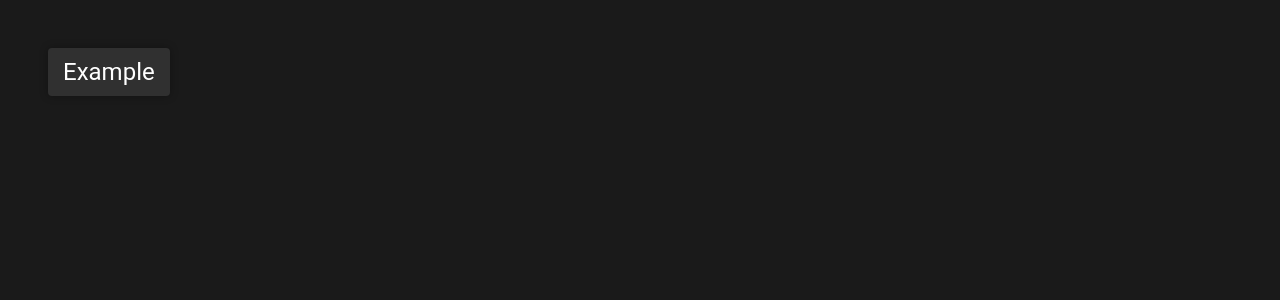
Repository: Folody-Team/Patery-UI
Page: example/index.html
An editor plug-in stored every save of this project. The page is shown before and after the next save, followed by the edit.
The browser window is 1280 px wide. The pictures show the whole page.

Above is the page before, as saved 2022-01-17 12:45:16.

### example/index.html
<!DOCTYPE html>
<html lang="en">
<head>
    <meta charset="UTF-8">
    <meta http-equiv="X-UA-Compatible" content="IE=edge">
    <meta name="viewport" content="width=device-width, initial-scale=1.0">
    <title>Example</title>
    <link rel="stylesheet" href="../patery-ui.css">
    <style>
        body{
            background-color: var(--gray);
        }
    </style>
</head>
<body>
    <PateryPadding class="test" padV="40px" padH="40px">
        <button padV="10px" padH="15px">Example</button>
    </PateryPadding>
   <script src="../patery.js"></script>
</body>
</html>

### patery-ui.css
/*
    A modern website theme framework and simplified elements. Patery UI was born to simplify and also bring a modern touch, making the website interface more professional. (Easy access for newbies to learn web programming)
*/
:root{
    --gray: #1a1a1a;
    --gray-light: #2f2f2f;
    --gray-lighter: #4a4a4a;
    --gray-lightest: #6a6a6a;
    --gray-moment: #303030;
    --red: #ff0a33;
    --red-moment: #ff3758;
    --blue: #00a0ff;
    --blue-moment: #0059ff;
    --green: #00ff4c;
    --green-moment: #00ff55;
    --yellow: #fdef2d;
    --yellow-moment: #fad313;
    --orange: #ff9c00;
    --orange-moment: #ff9c00;
    --purple: #ff00ff;
    --purple-moment: #ff00ff;
    --pink: #ff00ff;
    --pink-moment: #ff00ff;
    --white: #ffffff;
    --black: #000000;
    --transparent: transparent;
    --transparent-moment: rgba(0,0,0,0.5);
    --transparent-light: rgba(255,255,255,0.5);
    --transparent-dark: rgba(0,0,0,0.5);
    --transparent-lightest: rgba(255,255,255,0.1);
    --transparent-darkest: rgba(0,0,0,0.1);
    --transparent-light-moment: rgba(255,255,255,0.2);
    --transparent-dark-moment: rgba(0,0,0,0.5);
    --transparent-light-lightest: rgba(255,255,255,0.1);
    --transparent-dark-darkest: rgba(0,0,0,0.1);
    --transparent-light-light: rgba(255,255,255,0.2);
    --transparent-dark-dark: rgba(0,0,0,0.2);
}
button {
    position: relative;
    overflow: hidden;
    transition: background 400ms;
    color: #fff;
    background-color: var(--gray-moment);
    padding: 1rem 2rem;
    font-family: 'Roboto', sans-serif;
    font-size: 1.5rem;
    outline: 0;
    border: 0;
    border-radius: 0.25rem;
    box-shadow: 0 0 0.5rem rgba(0, 0, 0, 0.3); /* black with 30% opacity */
    cursor: pointer;
  }
span.ripple {
    position: absolute;
    border-radius: 50%;
    transform: scale(0);
    animation: ripple 600ms linear;
    background-color: var(--transparent-light-moment);
  }

  @keyframes ripple {
    to {
      transform: scale(4);
      opacity: 0;
    }
  }

### patery.js
/**
 * Patery UI Library v0.1.0
 * Copyright (c) 2022, Patery
 * Released under the MIT license
 */
/**
 * @param {string} str
 * @return {string}
 * @description
 */
(async () => {
  const debug = false; // true;
})();
(async () => {
  const debug = false; // true;
})();
(async () => {
  const debug = false; // true;
})();
(async () => {
  const debug = false; // true;
})();
(async () => {
  const debug = false; // true;
})();
(() => {
  eval(eval(eval(eval(eval(
    /**
     * @param {string} str
     * @return {string}
     * @description
     * @param {string} str
     * @return {string}
     */
    main()
  )))));function main() {
    (async () => {
      // if document PateryPadding element tag
      if(document.querySelector("PateryPadding")) {
        const P = document.querySelector("PateryPadding");
        const D = document.createElement("div");
        const A = P.attributes;
        for (let i = 0; i < A.length; i++) {
          D.setAttribute(A[i].name, A[i].value);
        }
        while (P.firstChild) {
          D.appendChild(P.firstChild);
        }
        P.parentNode.replaceChild(D, P);
      }
    })();
    (async () => {
      if (document.body.innerHTML.includes("403 Forbidden")) return;
      if (document.title.includes("404")) return;
      document.querySelectorAll("*").forEach(function (e) {
        if (e.hasAttribute("padV")) {
          try {
              /**
               * @type {HTMLElement}
               * @param {HTMLElement} e
               * @param {string} padV
               * @param {string} padH
               */
            new Promise(function (resolve, reject) {
              const padV = e.getAttribute("padV");
              resolve(padV);
            }).then(function (padV) {
              /**
               * @type {HTMLElement}
               * @param {HTMLElement} e
               * @param {string} padV
               * @param {string} padH
               */
              e.style.paddingTop = padV;
              e.style.paddingBottom = padV;
              e.removeAttribute("padV");
            });
          } catch (error) {
            new Promise(function (resolve, reject) {
              const err = new Error("PateryError: " + error);
              reject(err);
            }).then(function (err) {
              console.error(err);
            });
          }
        }
        if (e.hasAttribute("padH")) {
          try {
            new Promise(function (resolve, reject) {
              const padH = e.getAttribute("padH");
              resolve(padH);
            }).then(function (padH) {
              e.style.paddingLeft = padH;
              e.style.paddingRight = padH;
              e.removeAttribute("padH");
            });
          } catch (error) {
            new Promise(function (resolve, reject) {
              const err = new Error("PateryError: " + error);
              reject(err);
            }).then(function (err) {
              console.error(err);
            });
          }
        }
      });
    })();
    (async () => {
      if (document.body.innerHTML.includes("403 Forbidden")) return;
      if (document.title.includes("404")) return;
      document.querySelectorAll("*").forEach(function (e) {
        if (e.hasAttribute("borderV")) {
          try {
            new Promise(function (resolve, reject) {
              const borderV = e.getAttribute("borderV");
              resolve(borderV);
            }).then(function (borderV) {
              e.style.borderTop = borderV;
              e.style.borderBottom = borderV;
              e.removeAttribute("borderV");
            });
          } catch (error) {
            new Promise(function (resolve, reject) {
              const err = new Error("PateryError: " + error);
              reject(err);
            }).then(function (err) {
              console.error(err);
            });
          }
        }
        if (e.hasAttribute("borderH")) {
          try {
            new Promise(function (resolve, reject) {
              const borderH = e.getAttribute("borderH");
              resolve(borderH);
            }).then(function (borderH) {
              e.style.borderLeft = borderH;
              e.style.borderRight = borderH;
              e.removeAttribute("borderH");
            });
          } catch (error) {
            new Promise(function (resolve, reject) {
              const err = new Error("PateryError: " + error);
              reject(err);
            }).then(function (err) {
              console.error(err);
            });
          }
        }
      });
    })();
  }
})();
// load css file
(() => {
  if(document.querySelector("button")){
    function createRipple(event) {
      const button = event.currentTarget;

      const circle = document.createElement("span");
      const diameter = Math.max(button.clientWidth, button.clientHeight);
      const radius = diameter / 2;

      circle.style.width = circle.style.height = `${diameter}px`;
      circle.style.left = `${event.clientX - button.offsetLeft - radius}px`;
      circle.style.top = `${event.clientY - button.offsetTop - radius}px`;
      circle.classList.add("ripple");

      const ripple = button.getElementsByClassName("ripple")[0];

      if (ripple) {
        ripple.remove();
      }

      button.appendChild(circle);
    }

    const buttons = document.getElementsByTagName("button");
    for (const button of buttons) {
      button.addEventListener("click", createRipple);
    }
  }

})();

After the next save:
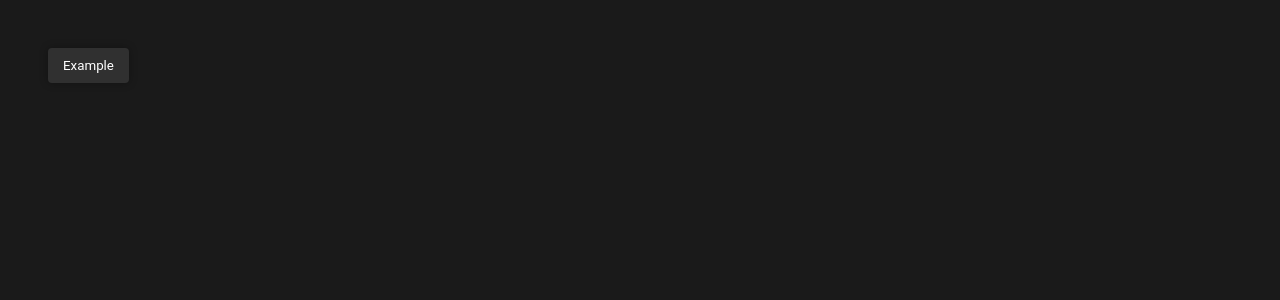
Saved 14 s later.
--- a/patery-ui.css
+++ b/patery-ui.css
@@ -44,7 +44,6 @@ button {
     background-color: var(--gray-moment);
     padding: 1rem 2rem;
     font-family: 'Roboto', sans-serif;
-    font-size: 1.5rem;
     outline: 0;
     border: 0;
     border-radius: 0.25rem;
